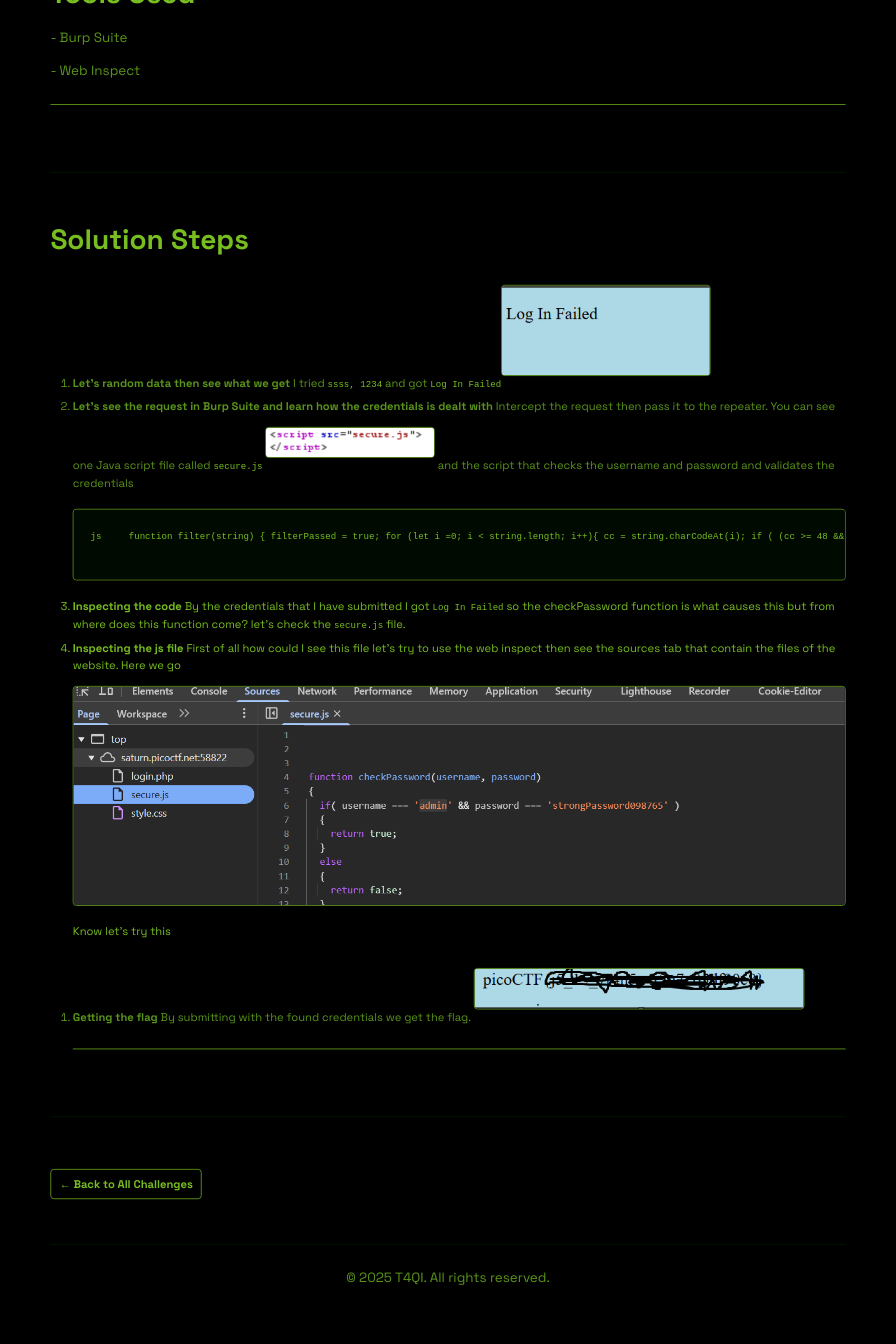
Repository: mohamedsoliman-tq/Website
Page: blogs/picoCTF/localauth.html
These files come from the project's save history. The page is drawn as it stood at one moment and after a run of saves; the edit follows.
The browser window is 1280 px wide. The pictures show the part of the page from y = 1260 to 3180 px (the page is 3180 px tall before and 3164 px after), at 70% of full size.

Above is the page before, as saved 2025-03-13 00:56:45.

After the next 4 saves:
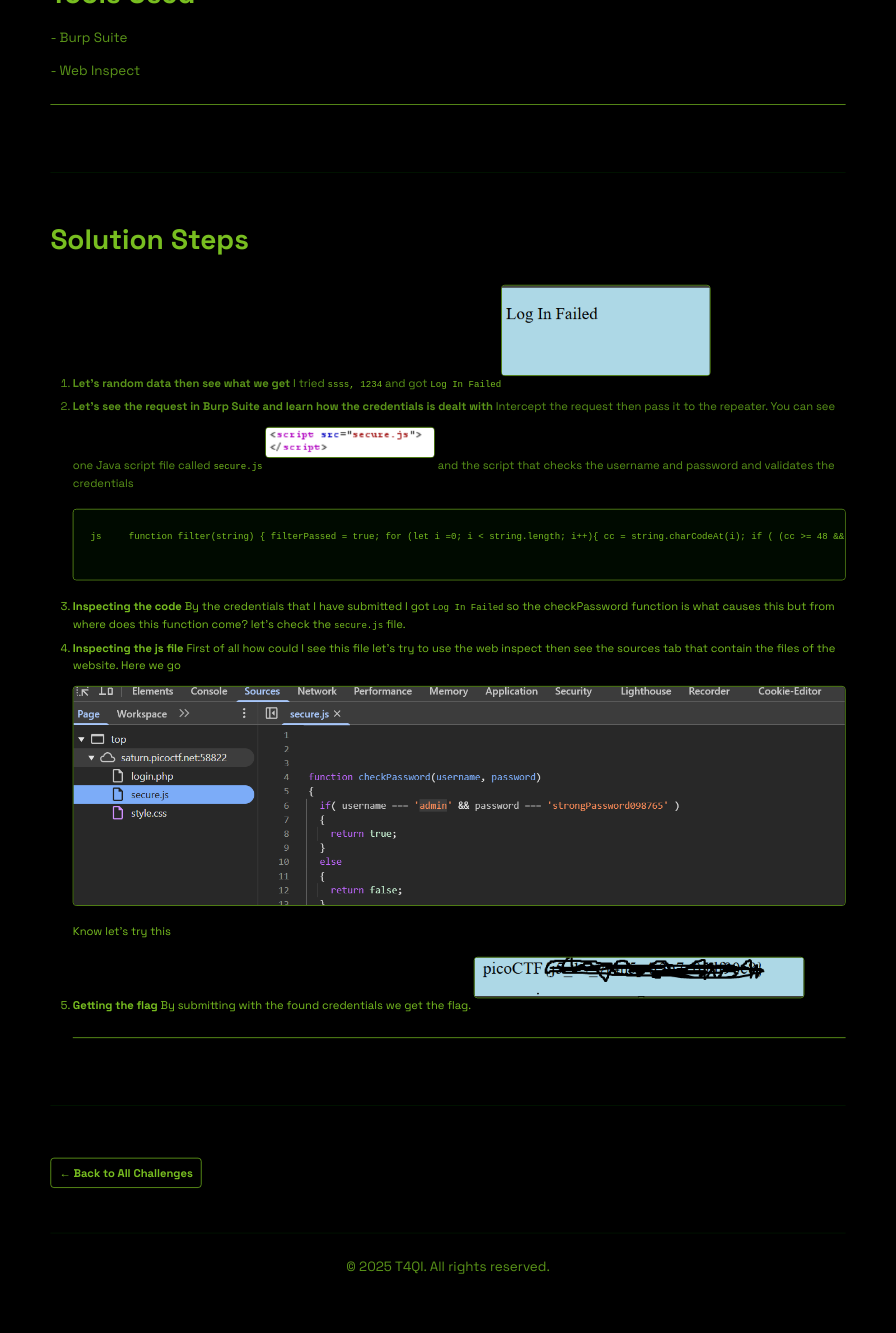
The 4 saves are shown as one change because they came seconds apart.
The last was saved 9 s later.
--- a/blogs/picoCTF/localauth.html
+++ b/blogs/picoCTF/localauth.html
@@ -74,20 +74,11 @@
                     go <img src="pics/la3.png" alt="Pasted image 20250312230932.png">
                     Know let's try this
                 </li>
+                <li><strong>Getting the flag</strong> By submitting with the found credentials we get the flag.
+                    <img src="pics/la4.png" alt="Pasted image 20250312231319.png">
+                    <hr>
+                </li>
 </ol></code></pre>
-
-                    <ol>
-
-                    </ol>
-                    <ol>
-
-                    </ol>
-                    <ol>
-                        <li><strong>Getting the flag</strong> By submitting with the found credentials we get the flag.
-                            <img src="pics/la4.png" alt="Pasted image 20250312231319.png">
-                            <hr>
-                        </li>
-                    </ol>
         </div>
         <div class="section">
             <a href="/blogs/picoCTF/picoCTF.html" class="read-more">← Back to All Challenges</a>
